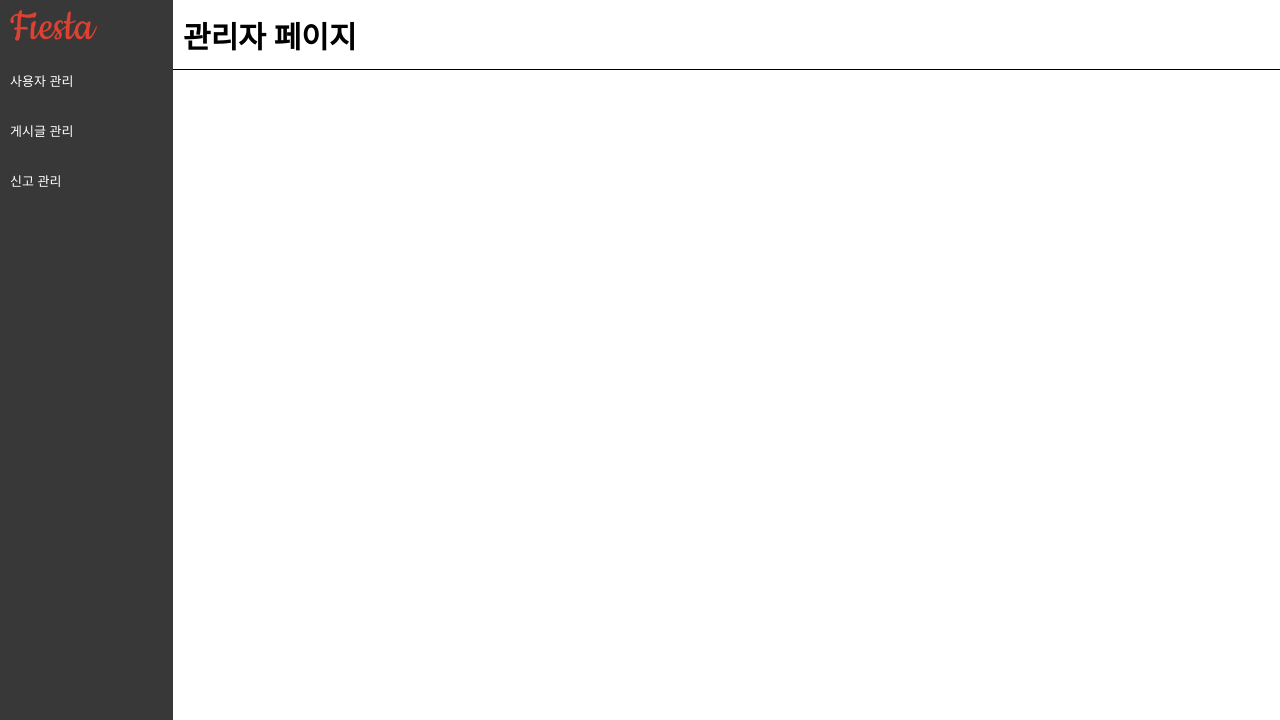
Repository: SNSFiestaTeam/Fiesta
Page: Fiesta/src/main/webapp/html/management/management.html
These files come from the project's save history. The page is drawn as it stood at one moment and after the next save; the edit follows.
The browser window is 1280 px wide. The pictures show the whole page.
Some web fonts or font styles are not loaded; a fallback is used.

Above is the page before, as saved 2022-12-06 11:54:54.

After the next save:
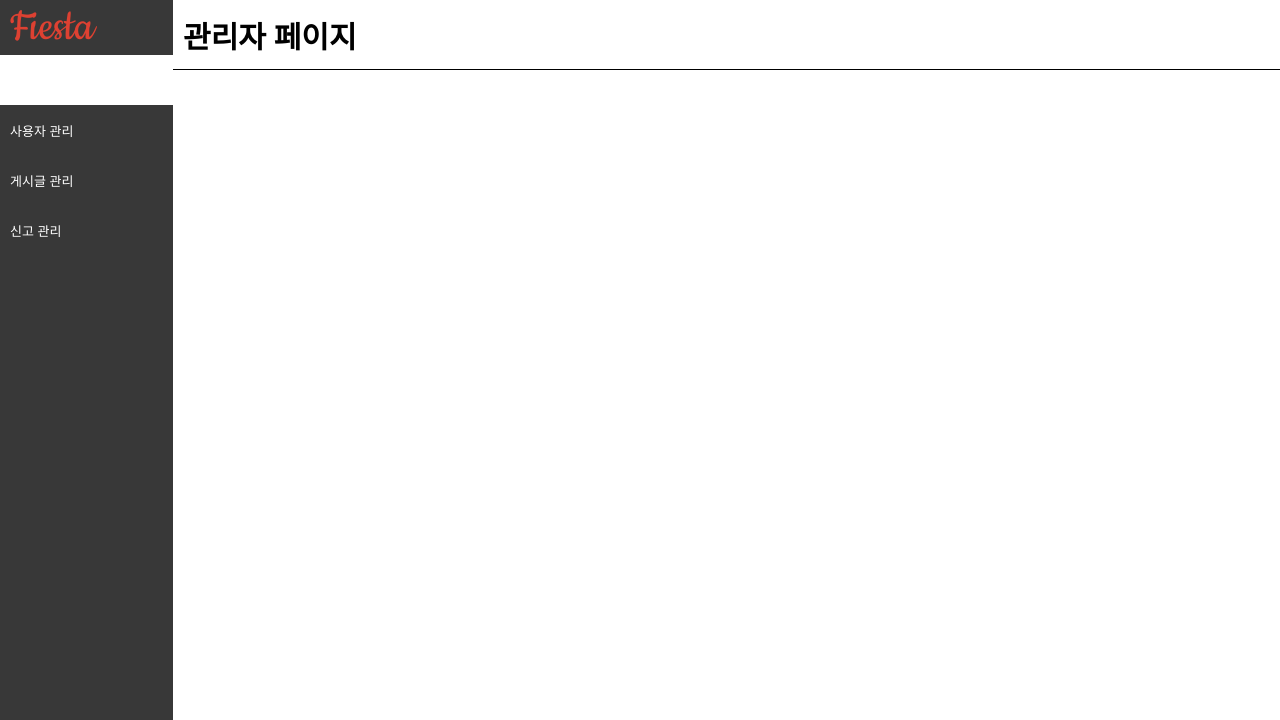
Saved 8 s later.
--- a/Fiesta/src/main/webapp/resources/css/management/management.css
+++ b/Fiesta/src/main/webapp/resources/css/management/management.css
@@ -38,7 +38,7 @@ body {
   font-size: 50px;
   color: var(--fiesta-color);
   font-family: 'Cookie', cursive;
-  border-bottom: 1% solid white;
+  border-bottom: 1em solid white;
   padding-left: 10px;
 }
 
